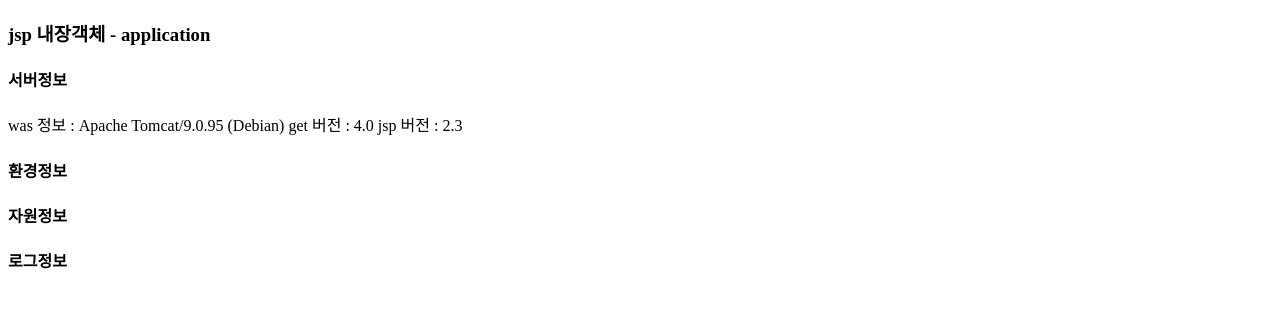
Repository: 2017112847/Jsp
Page: http://localhost/ch03/4_application.jsp
The author's editor kept a copy of each file at every save. The page is drawn from the files as they stood at one save, then again after the next save.
The browser window is 1280 px wide. The pictures show the whole page.
The page is served by Tomcat 9.

Above is the page before, as saved 2025-07-28 07:12:40.

### ch03/src/main/webapp/4_application.jsp
<%@ page language="java" contentType="text/html; charset=UTF-8"
    pageEncoding="UTF-8"%>
<!DOCTYPE html>
<html>
<head>
<meta charset="UTF-8">
<title>jsp 내장객체 - application</title>
</head>
<body>
	<h3>jsp 내장객체 - application</h3>
	<h4>서버정보</h4>
	<p>
		was 정보 : <%= application.getServerInfo() %>
		get 버전 : <%= application.getMajorVersion()%>.<%= application.getMinorVersion() %>
		jsp 버전 : <%= JspFactory.getDefaultFactory().getEngineInfo().getSpecificationVersion() %>
	</p>
	<h4>환경정보</h4>

	<h4>자원정보</h4>

	<h4>로그정보</h4>


</body>
</html>

After the next save:
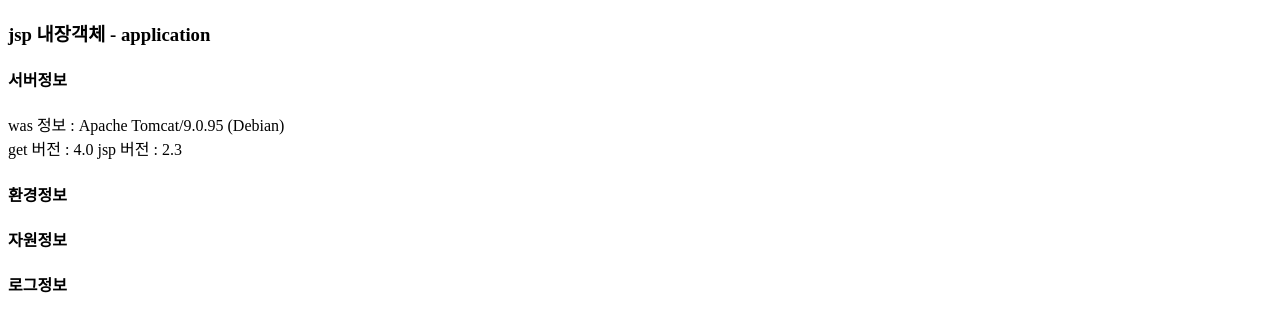
Saved 10 s later.
--- a/ch03/src/main/webapp/4_application.jsp
+++ b/ch03/src/main/webapp/4_application.jsp
@@ -10,7 +10,7 @@
 	<h3>jsp 내장객체 - application</h3>
 	<h4>서버정보</h4>
 	<p>
-		was 정보 : <%= application.getServerInfo() %>
+		was 정보 : <%= application.getServerInfo() %><br/>
 		get 버전 : <%= application.getMajorVersion()%>.<%= application.getMinorVersion() %>
 		jsp 버전 : <%= JspFactory.getDefaultFactory().getEngineInfo().getSpecificationVersion() %>
 	</p>
